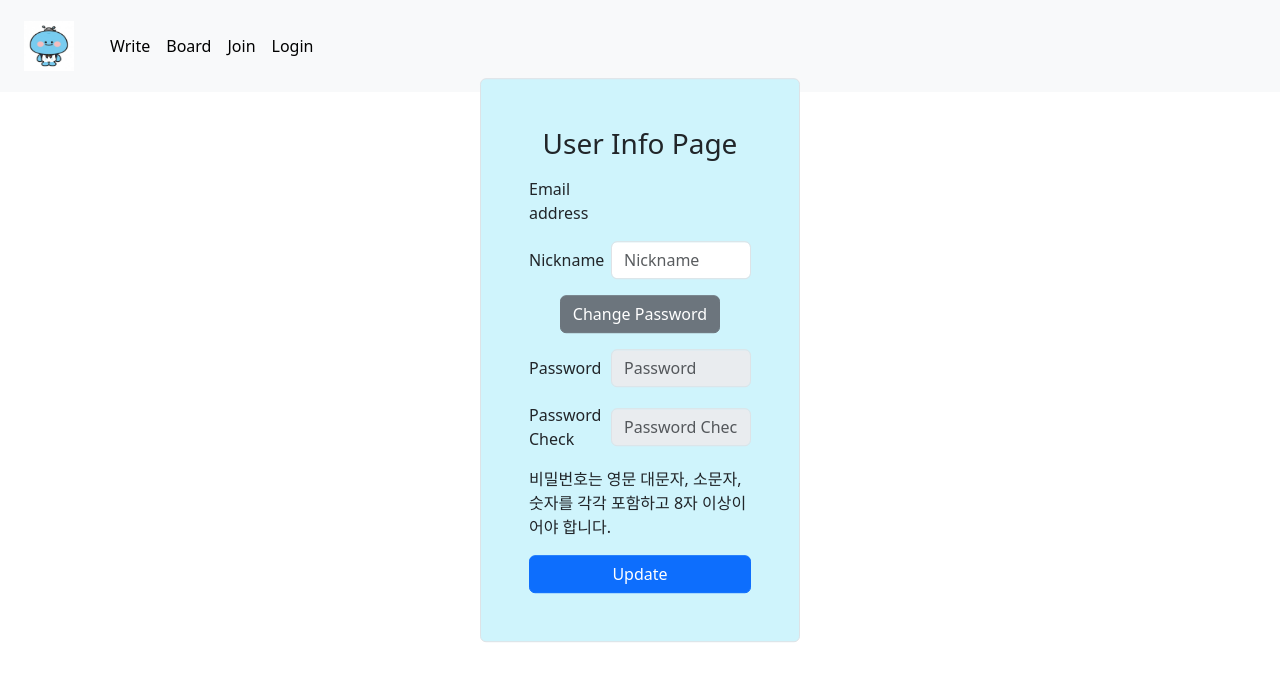
Repository: LeeYouHyeon/6.Spring
Page: http://localhost/spring_project/WEB-INF/views/user/info.jsp
These files come from the project's save history. The page is drawn as it stood at one moment and after the next save; the edit follows.
The browser window is 1280 px wide. The pictures show the whole page.
The page is served by Tomcat 9. Nobody is signed in. The template is opened directly, without the code that normally fills it, so the values that code supplies are empty.

Above is the page before, as saved 2025-06-11 02:45:11.
Console error: TypeError: Cannot read properties of null (reading 'addEventListener')

After the next save:
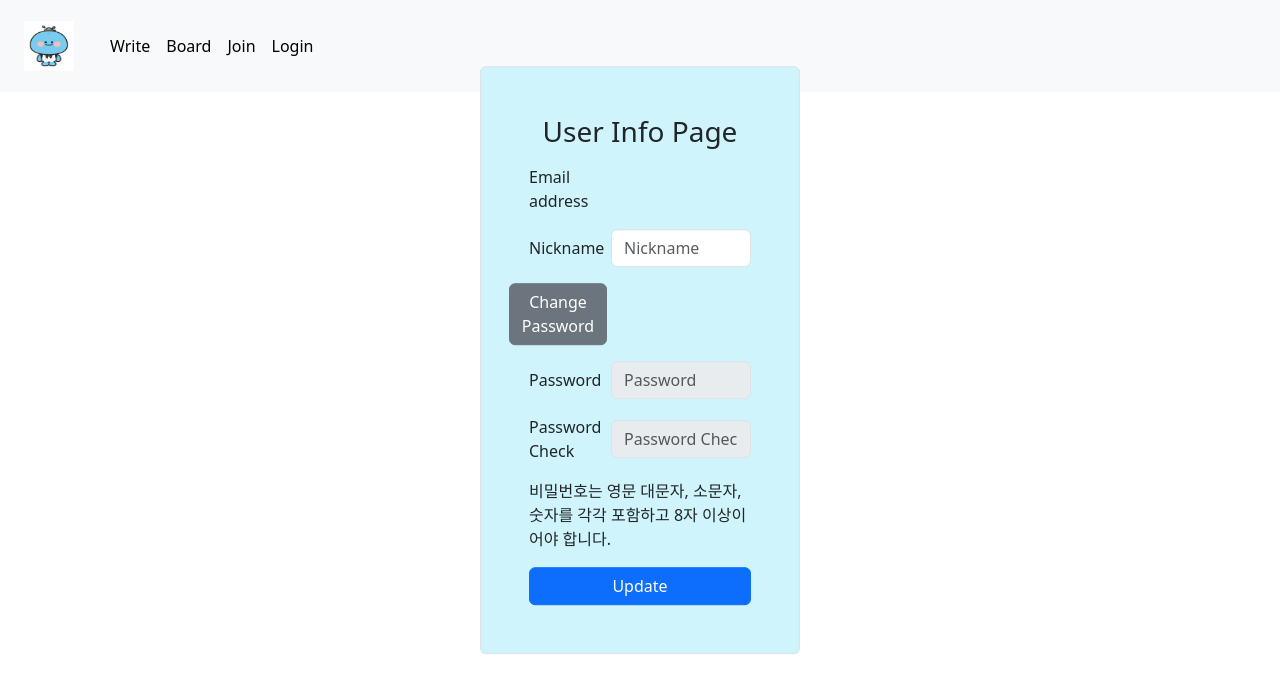
Saved 10 min 47 s later.
--- a/spring_project/src/main/webapp/WEB-INF/views/user/info.jsp
+++ b/spring_project/src/main/webapp/WEB-INF/views/user/info.jsp
@@ -31,9 +31,12 @@
 		</div>
 
 		<div class="mb-3 row justify-content-center align-items-center">
-			<div class="col d-flex justify-content-center">
-				<button type="button" class="btn btn-secondary">Change Password</button>
+			<div class="col-4 d-flex justify-content-center">
+				<button type="button"
+					id="pwdChangeBtn"
+					class="btn btn-secondary">Change Password</button>
 			</div>
+			<div class="col-8" id="pwdCheckArea"></div>
 		</div>
 
 		<div class="mb-3 row align-items-center">
